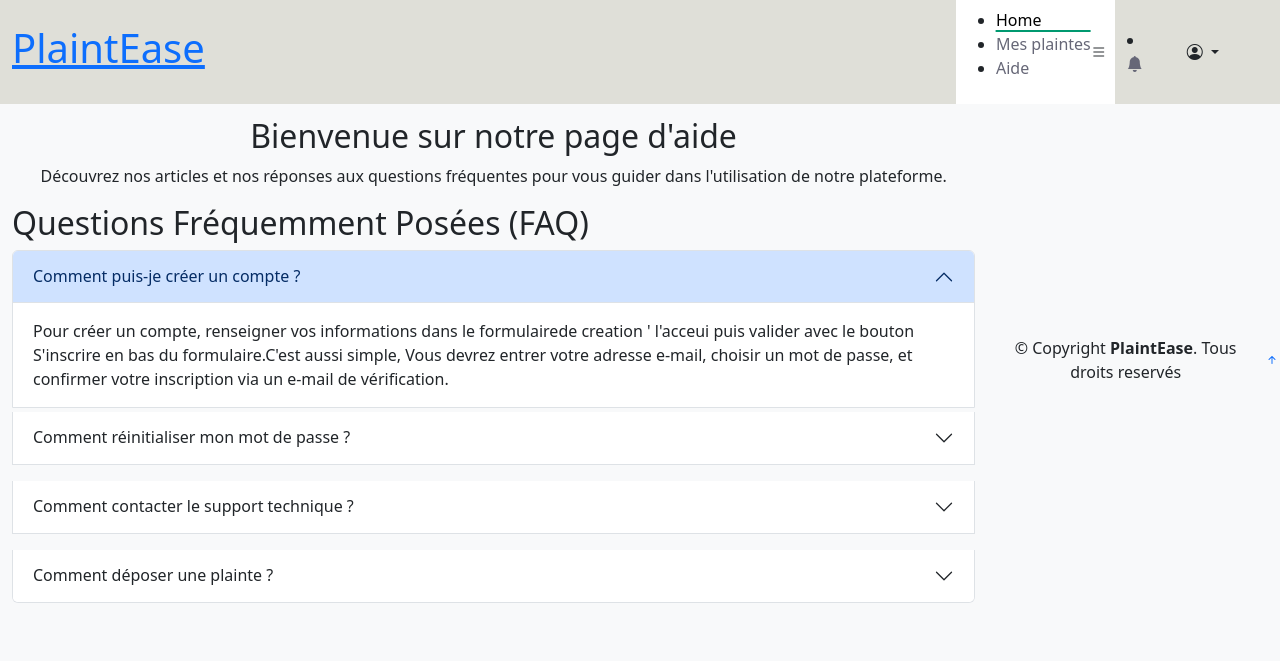
Repository: Senare1/PlaintEasy
Page: complaints/templates/complaints/help.html
These files come from the project's save history. The page is drawn as it stood at one moment and after the next save; the edit follows.
The browser window is 1280 px wide. The pictures show the whole page.
Some web libraries are served in a nearby version. The template is drawn by Django 4.2. The application's start-up code is not run. The template is opened directly, without the code that normally fills it, so the values that code supplies are empty.

Above is the page before, as saved 2024-08-11 06:45:07.
Console error: ReferenceError: Swiper is not defined

After the next save:
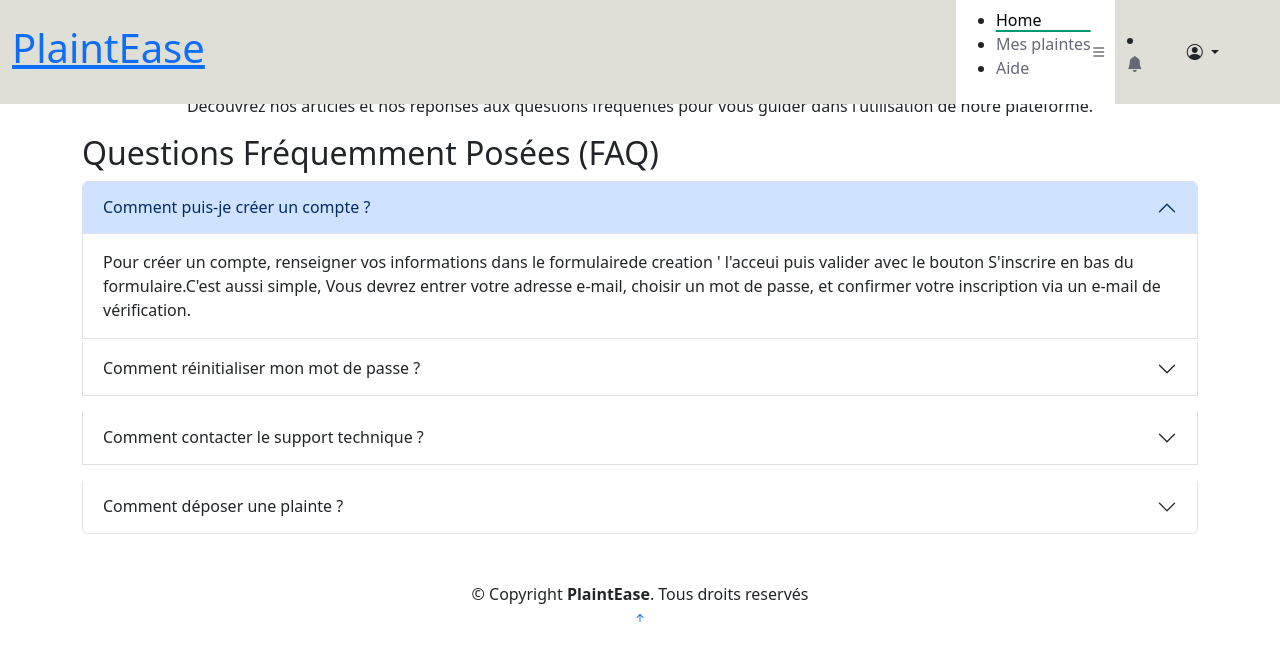
Saved 39 s later.
--- a/complaints/templates/complaints/base.html
+++ b/complaints/templates/complaints/base.html
@@ -14,10 +14,6 @@
   <link href="https://cdnjs.cloudflare.com/ajax/libs/font-awesome/6.1.1/css/all.min.css" rel="stylesheet">
   <link rel="stylesheet" href="https://cdnjs.cloudflare.com/ajax/libs/bootstrap-icons/1.10.0/font/bootstrap-icons.min.css">
   <link rel="stylesheet" href="https://cdnjs.cloudflare.com/ajax/libs/font-awesome/5.15.3/css/all.min.css" />
-  <link href="{% static 'complaints/css/formulaire.css' %}" rel="stylesheet">
-
-
-
   <!-- Template Main CSS File -->
   <link href="{% static 'complaints/css/style.css' %}" rel="stylesheet">
 </head>
